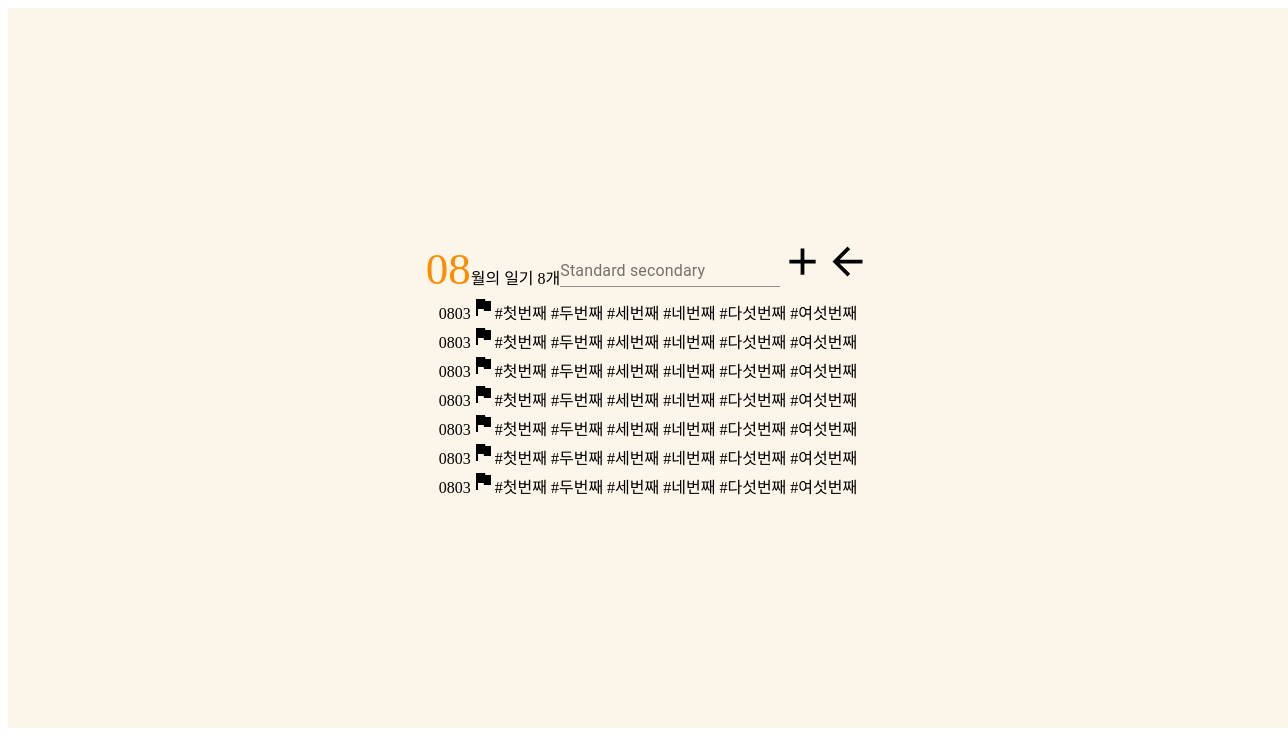
Repository: IMHANA/diary
Page: /list
These files come from the project's save history. The page is drawn as it stood at one moment and after the next save; the edit follows.
The browser window is 1280 px wide. The page is 1288 px wide, so the pictures cover 1288 px, including what lies to the right of the window. The pictures show the whole page.
The project was rebuilt for these pictures with package versions that can differ from the ones it lists, and the page was loaded fresh each time. Also part of the build but not shown: src/App.css, src/pages/Main/main.js, src/pages/Month/month.js.

Above is the page before, as saved 2021-08-05 16:30:36.

### src/App.js
import './App.css';
import React, { Component } from 'react'
import MainTemplates from './components/MainTemplates';

class App extends Component {
  render() {
    console.log('메인을 불러온다!')
    return (
      <div>
        <MainTemplates/>
      </div>
    )
  }
}

export default App;

### src/components/MainTemplates.js
import React, { Component } from 'react'
import Main from '../pages/Main/main';
import Month from '../pages/Month/month';
import DayList from '../pages/DayList/dayList';
import { BrowserRouter as Router, Route, Switch, Link} from 'react-router-dom';

export default class MainTemplates extends Component {
    render() {
        return (
            <Router>
                <Switch>
                    <Route exact path='/' component={Main}/>
                    <Route path='/monthly' component={ Month }/>
                    <Route path='/list' component={ DayList} />
                </Switch>
            </Router>
        )
    }
}

### src/pages/DayList/dayList.js
import React, { Component } from 'react';
import { Add, ArrowBack , Flag} from '@material-ui/icons'
import TextField from '@material-ui/core/TextField';
import '../DayList/dayList.css';

export default class dayList extends Component {
    render() {
        return (
            <div id='container'>
                <div>
                    <span id='month'>08</span><span>월의 일기 8개</span>
                    <TextField id="standard-secondary" label="Standard secondary" color="secondary" />
                    <Add style={{fontSize: '45px'}}/>
                    <ArrowBack style={{fontSize: '45px'}} />
                </div>
                <div>
                    <div className='list_box'>
                        <span>0803</span>
                        <Flag/>
                        <span>#첫번째 #두번째 #세번째 #네번째 #다섯번째 #여섯번째</span>
                    </div>
                    <div>
                        <span>0803</span>
                        <Flag/>
                        <span>#첫번째 #두번째 #세번째 #네번째 #다섯번째 #여섯번째</span>
                    </div>
                    <div>
                        <span>0803</span>
                        <Flag/>
                        <span>#첫번째 #두번째 #세번째 #네번째 #다섯번째 #여섯번째</span>
                    </div>
                    <div>
                        <span>0803</span>
                        <Flag/>
                        <span>#첫번째 #두번째 #세번째 #네번째 #다섯번째 #여섯번째</span>
                    </div>
                    <div>
                        <span>0803</span>
                        <Flag/>
                        <span>#첫번째 #두번째 #세번째 #네번째 #다섯번째 #여섯번째</span>
                    </div>
                    <div>
                        <span>0803</span>
                        <Flag/>
                        <span>#첫번째 #두번째 #세번째 #네번째 #다섯번째 #여섯번째</span>
                    </div>
                    <div>
                        <span>0803</span>
                        <Flag/>
                        <span>#첫번째 #두번째 #세번째 #네번째 #다섯번째 #여섯번째</span>
                    </div>
                </div>
                <div>

                </div>
            </div>
        )
    }
}

### src/pages/Main/main.css
#container {
    display: flex;
    flex-direction:column;

    height: 100vh;

    justify-content: center;
    align-items: center;
    background-color:rgb(252, 245, 233);
}

input[placeholder] {
    text-align: center;
    width: 150px;
    height: 35px;
    margin-bottom: 10px;
}

#login_btn, #sign_up_btn {
    width: 50px;
    height: 50px;
    border-radius: 50%;
    outline: none;
    border: none;
}

#btn_box {
    display: flex;
    justify-content: space-around;
    width: 150px;

}

#login_btn {
    background-color: rgb(255, 182, 45);
    margin-left: 50px;
}
#sign_up_btn {
    background-color: rgb(55, 137, 139);
}

#login_btn:hover {
    cursor: pointer;
    background-color: rgb(218, 153, 35);
}
#sign_up_btn:hover {
    cursor: pointer;
    background-color: rgb(51, 123, 124);
}

### src/pages/Month/month.css
#container {
    margin: 0;
    display: flex;
    flex-direction: column;
    justify-content: center;
    align-items: center;
}

.month_box_container {
    display: flex;
    width: 990px;
    height: 150px;
}
.month_box_container .calendar-item {
    /* display: inline-block; */
    border: 1px solid rgb(243, 243, 243);
    flex:1;
    padding-top: 10px;
    padding-left: 15px;
}

.month_box_container .calendar-item span.title{
    font-size: 40px;
    color:darkgrey;
    cursor: pointer;
    /* margin-top: 10px;
    margin-bottom: 10px; */
}

.month_box_container .calendar-item span.title:hover{
    color:rgb(252, 169, 76);
}

/* .first-floor span.title{
    color: red;
    height: 40px;
} */

#year_row {
    margin-top: 50px;
}

#year_row span {
    padding: 0 15px 0 15px;
}

### src/pages/DayList/dayList.css
#container {
    display: flex;
    flex-direction: column;
    justify-content: center;
    align-items: center;
    width: 100vw;
    height: 100vh;
}

#month {
    color:darkorange;
    font-size: 45px;
}

.sub_box {
    width: 500PX;
    height: auto;
}

Loaded but not shown: public/index.html (common file); src/index.js (common file)

After the next save:
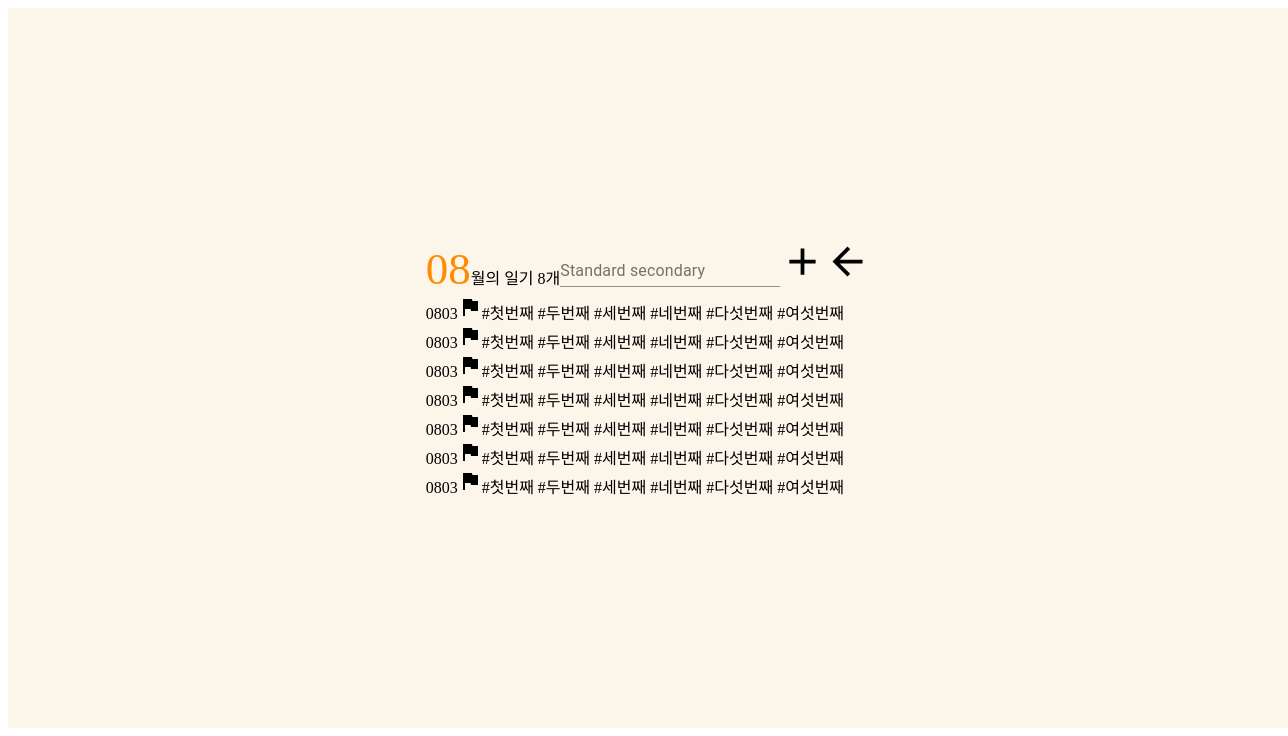
Saved 4 s later.
--- a/src/pages/DayList/dayList.js
+++ b/src/pages/DayList/dayList.js
@@ -7,51 +7,53 @@ export default class dayList extends Component {
     render() {
         return (
             <div id='container'>
-                <div>
-                    <span id='month'>08</span><span>월의 일기 8개</span>
-                    <TextField id="standard-secondary" label="Standard secondary" color="secondary" />
-                    <Add style={{fontSize: '45px'}}/>
-                    <ArrowBack style={{fontSize: '45px'}} />
-                </div>
-                <div>
-                    <div className='list_box'>
-                        <span>0803</span>
-                        <Flag/>
-                        <span>#첫번째 #두번째 #세번째 #네번째 #다섯번째 #여섯번째</span>
+                <div id='sub_box'>
+                    <div>
+                        <span id='month'>08</span><span>월의 일기 8개</span>
+                        <TextField id="standard-secondary" label="Standard secondary" color="secondary" />
+                        <Add style={{fontSize: '45px'}}/>
+                        <ArrowBack style={{fontSize: '45px'}} />
                     </div>
                     <div>
-                        <span>0803</span>
-                        <Flag/>
-                        <span>#첫번째 #두번째 #세번째 #네번째 #다섯번째 #여섯번째</span>
+                        <div className='list_box'>
+                            <span>0803</span>
+                            <Flag/>
+                            <span>#첫번째 #두번째 #세번째 #네번째 #다섯번째 #여섯번째</span>
+                        </div>
+                        <div>
+                            <span>0803</span>
+                            <Flag/>
+                            <span>#첫번째 #두번째 #세번째 #네번째 #다섯번째 #여섯번째</span>
+                        </div>
+                        <div>
+                            <span>0803</span>
+                            <Flag/>
+                            <span>#첫번째 #두번째 #세번째 #네번째 #다섯번째 #여섯번째</span>
+                        </div>
+                        <div>
+                            <span>0803</span>
+                            <Flag/>
+                            <span>#첫번째 #두번째 #세번째 #네번째 #다섯번째 #여섯번째</span>
+                        </div>
+                        <div>
+                            <span>0803</span>
+                            <Flag/>
+                            <span>#첫번째 #두번째 #세번째 #네번째 #다섯번째 #여섯번째</span>
+                        </div>
+                        <div>
+                            <span>0803</span>
+                            <Flag/>
+                            <span>#첫번째 #두번째 #세번째 #네번째 #다섯번째 #여섯번째</span>
+                        </div>
+                        <div>
+                            <span>0803</span>
+                            <Flag/>
+                            <span>#첫번째 #두번째 #세번째 #네번째 #다섯번째 #여섯번째</span>
+                        </div>
                     </div>
                     <div>
-                        <span>0803</span>
-                        <Flag/>
-                        <span>#첫번째 #두번째 #세번째 #네번째 #다섯번째 #여섯번째</span>
+
                     </div>
-                    <div>
-                        <span>0803</span>
-                        <Flag/>
-                        <span>#첫번째 #두번째 #세번째 #네번째 #다섯번째 #여섯번째</span>
-                    </div>
-                    <div>
-                        <span>0803</span>
-                        <Flag/>
-                        <span>#첫번째 #두번째 #세번째 #네번째 #다섯번째 #여섯번째</span>
-                    </div>
-                    <div>
-                        <span>0803</span>
-                        <Flag/>
-                        <span>#첫번째 #두번째 #세번째 #네번째 #다섯번째 #여섯번째</span>
-                    </div>
-                    <div>
-                        <span>0803</span>
-                        <Flag/>
-                        <span>#첫번째 #두번째 #세번째 #네번째 #다섯번째 #여섯번째</span>
-                    </div>
-                </div>
-                <div>
-
                 </div>
             </div>
         )
